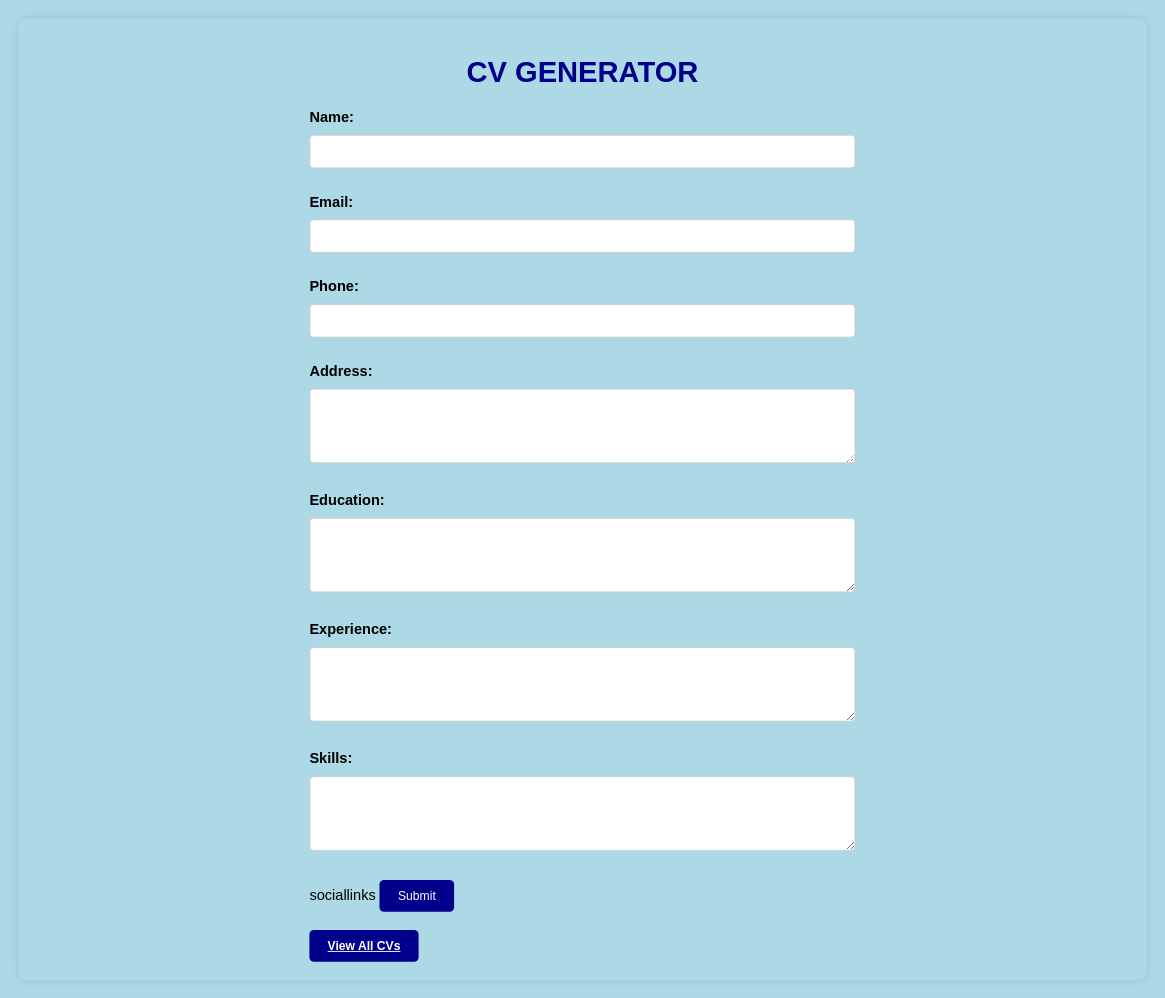
Repository: Arisha004/CV-generator
Page: index.html
These files come from the project's save history. The page is drawn as it stood at one moment and after the next save; the edit follows.
The browser window is 1280 px wide. The pictures show the whole page, at 91% of full size.

Above is the page before, as saved 2025-10-19 16:24:44.

### index.html
<!DOCTYPE html>
<html lang="en">
<head>
    <meta charset="UTF-8">
    <meta name="viewport" content="width=device-width, initial-scale=1.0">
    <title>Document</title>
    <link rel="stylesheet" href="style.css">
</head>
<body>
    <h1> CV GENERATOR </h1>
    <form id="cv" action="insert.php" method="post">
        <label for="name">Name:</label>
        <input type="text" id="name" name="name" required><br><br>

        <label for="email">Email:</label>
        <input type="email" id="email" name="email" required><br><br>

        <label for="phone">Phone:</label>
        <input type="tel" id="phone" name="phone" required><br><br>
        <label for="address">Address:</label><br>
        <textarea id="address" name="address" rows="4" cols="50"  required></textarea><br><br>
        <label for="education">Education:</label><br>
        <textarea id="education" name="education" rows="4" cols="50" required></textarea><br><br>

        <label for="experience">Experience:</label><br>
        <textarea id="experience" name="experience" rows="4" cols="50" required></textarea><br><br>

        <label for="skills">Skills:</label><br>
        <textarea id="skills" name="skills" rows="4" cols="50" required></textarea><br><br>
        sociallinks


        <button type="submit" value="submit"> Submit </button>
    </form>

    <div style="margin-top: 20px;">
        <form id="cv" action="list.php" method="get">
      <button>  <a href="list.php">View All CVs</a></button></form>
    </div>
</body>
</html>

### style.css

body{
    background-color: lightblue;
    font-family: Arial, sans-serif;
    margin: 20px;
    padding: 20px;
    border-radius: 10px;
    box-shadow: 0 0 10px rgba(0, 0,0, 0.1);

}
h1{
    color: darkblue;
    text-align: center;
}
p{
    font-size: 16px;
    line-height: 1.5;
    color: #333;
}
a{
   font-weight: bold;
    text-decoration: underline;
}
a:hover{
    text-decoration: underline;
}
button{
    background-color: darkblue;
    color: white;
    border: none;
    padding: 10px 20px;
    border-radius: 5px;
    cursor: pointer;
}
button:hover{
    background-color: navy;
}
input[type="text"], input[type="email"], textarea,input[type="tel"]{
    width: 100%;
    padding: 10px;
    margin: 10px 0;
    border: 1px solid #ccc;
    border-radius: 5px;
    box-sizing: border-box;
}
h2{
    color: darkblue;
    border-bottom: 2px solid darkblue;
    padding-bottom: 5px;
}
input[type="submit"]{
    background-color: darkblue;
    color: white;
    border: none;
    padding: 10px 20px;
    border-radius: 5px;
    cursor: pointer;
}
  table, th, td{
            border: 1px solid black;
            border-collapse: collapse;
        }
        th, td{
            padding: 10px;
        }

form{
    max-width: 600px;
    margin: auto;
}
label{
    font-weight: bold;
}
.container{
    max-width: 800px;
    margin: auto;
    padding: 20px;
    background-color: white;
    border-radius: 10px;
    box-shadow: 0 0 10px rgba(0, 0, 0, 0.1);
}
button a{
    color: white;

}

After the next save:
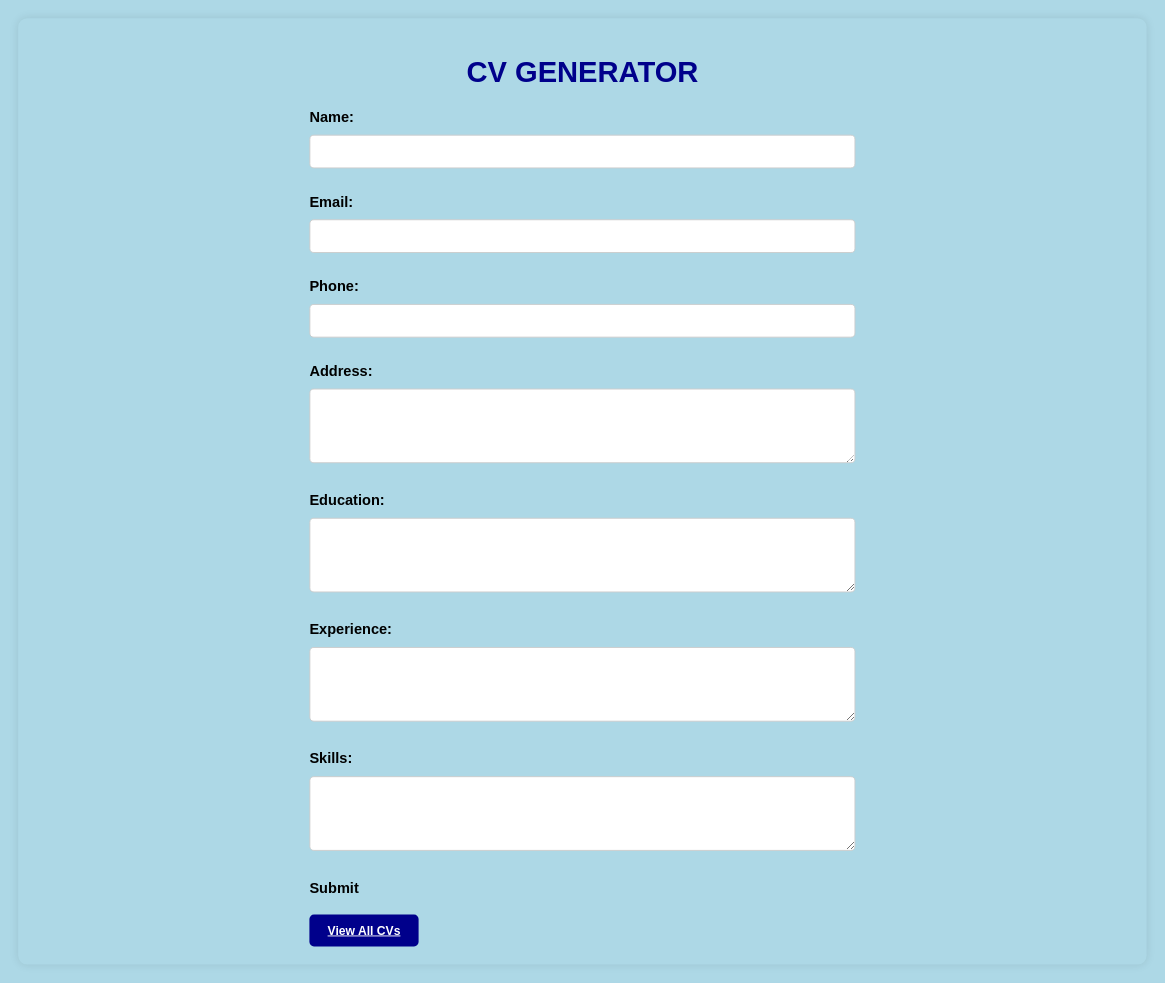
Saved 14 s later.
--- a/index.html
+++ b/index.html
@@ -27,7 +27,8 @@
 
         <label for="skills">Skills:</label><br>
         <textarea id="skills" name="skills" rows="4" cols="50" required></textarea><br><br>
-        sociallinks
+
+        <label for=""s
 
 
         <button type="submit" value="submit"> Submit </button>
